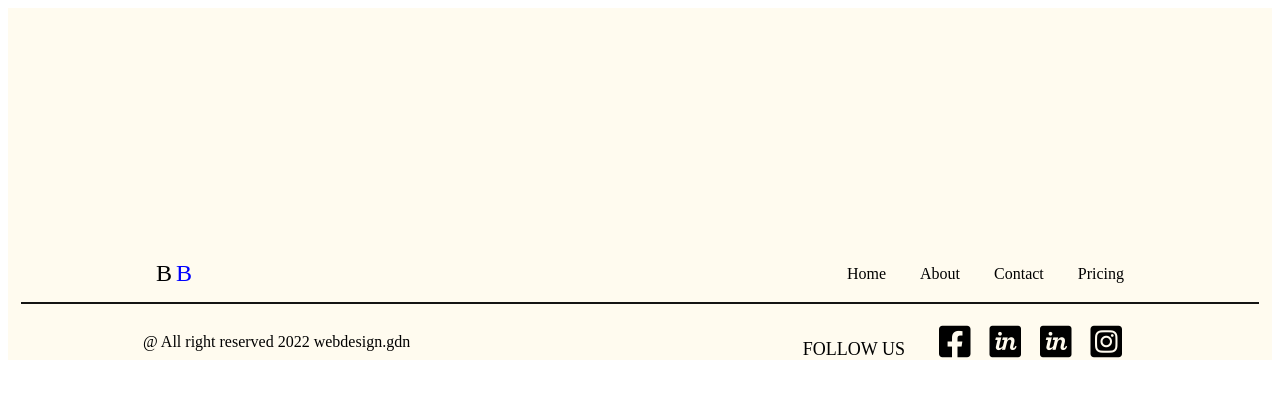
Repository: ngocphuocha/4lifeteam-marketing-agency
Page: index.html
The author's editor kept a copy of each file at every save. The page is drawn from the files as they stood at one save, then again after the next save.
The browser window is 1280 px wide. The pictures show the whole page.

Above is the page before, as saved 2023-03-13 17:39:02.

### index.html
<!DOCTYPE html>
<html lang="en">
  <head>
    <meta charset="UTF-8" />
    <meta http-equiv="X-UA-Compatible" content="IE=edge" />
    <meta name="viewport" content="width=device-width, initial-scale=1.0" />
    <title>Footer Page</title>
    <!-- hoang nhi css -->
    <link rel="stylesheet" href="css/footer-service.css" />
    <link rel="stylesheet" href="https://use.fontawesome.com/releases/v5.15.4/css/all.css" integrity="sha384-DyZ88mC6Up2uqS4h/KRgHuoeGwBcD4Ng9SiP4dIRy0EXTlnuz47vAwmeGwVChigm" crossorigin="anonymous"/>
  </head>
  <body>
    <!-- Our service (Hoang nhi) -->

    <!--  our service (hoang nhi) -->
  </body>


    <div class="background-footer">
          <div class="container">
            <div class="footer-left">
              <span class="span-1">B</span>
              <span class="span-2">B</span>
            </div>
            <div class="footer-right">
              <span>Home</span>
              <span>About</span>
              <span>Contact</span>
              <span style="padding-right: 0px;">Pricing</span>
            </div>
          </div>
          <div class="footer">
            <div class="text-left">
              <span>@ All right reserved 2022 webdesign.gdn</span>
            </div>
            <div class="text-right">
              <span>FOLLOW US</span>
              <i class="fab fa-facebook-square"></i>
              <i class="fab fa-invision"></i>
              <i class="fab fa-invision"></i>
              <i class="fab fa-instagram-square"></i>
            </div>
          </div>
          <!-- <div class="list-left">
            <a>dsadsa</a>
          </div>
          <div class="list-right">
            <ul>
              <li>
                <a>Home</a>
              </li>
              <li>
                <a>About</a>
              </li>
              <li>
                <a>Contact</a>
              </li>
              <li>
                <a>Pricing</a>
              </li>
            </ul>
          </div>
          <div class="navbar">
            <a style="color: white;">dsadsa</a>
          </div>
          <div class="footer-text">
            <a>@ All right reserved 2022 webdesign.gdn</a>
          </div>
          <div class="footer-icons">
            <ul>
              <li>
                <a>FOLLOW US</a>
              </li>
              <li>
                <i class="fab fa-facebook-square"></i>
              </li>
              <li>
                <i class="fab fa-invision"></i>

              </li>
              <li>
                <i class="fab fa-twitter-square"></i>
              </li>
              <li>
                <i class="fab fa-instagram-square"></i>
              </li>

            </ul>
          </div> -->

    </div>
</html>

### css/footer-service.css
/*Nguyen Thanh*/
  .background-footer{
    background: #FFFBEF;
    padding-top: 232px;
  }

  .background-footer .container{
    display: flex;
    justify-content: space-between;
    align-items: center;
    padding: 0px 135px 15px;
    border-bottom: 2px solid rgba(5, 5, 5, 0.938);
    /* margin-bottom: 20px; */
    margin: 20px 13px;
  }

  .background-footer .container .footer-left .span-1{
    font-size: 24px;
  }
  .background-footer .container .footer-left .span-2{
    font-weight: 700px;
    font-size: 24px;
    color: blue;
  }

  .background-footer .container .footer-right span{
    padding: 0px 15px;
  }

  .background-footer .footer{
    display: flex;
    align-items: center;
    justify-content: space-between;
    padding: 0px 135px;
  }

  .background-footer .footer .text-right{
    padding-right: 15px;
  }
  .background-footer .footer .text-right span{
    padding: 0px 15px;
    font-size: 18px;
  }
  .background-footer .footer .text-right i{
    padding-left: 15px;
    font-size: 36px;
  }

  @media (min-width: 600px) and (max-width: 1080px) {
    .background-footer{
        display: flex;
        font-size: 1.5vmax;
    }
    .background-footer .footer .text-right i{
        /* display: flex;
        font-size: 1vmax;
        margin: 0 0.5vmax; */
    }

    .background-footer .container .footer-left span{
        /* display: flex;
        margin: 0 0.5px; */
      }
  }

After the next save:
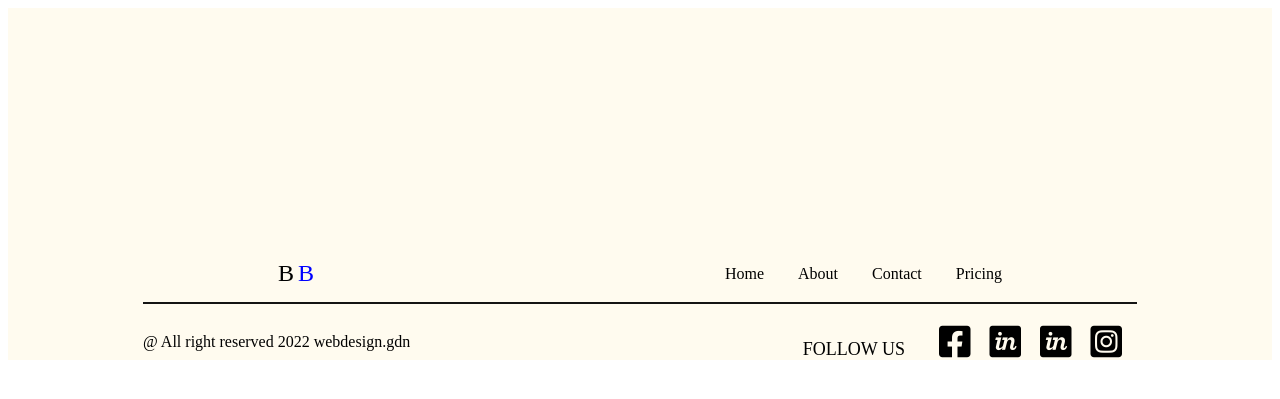
Saved 5 s later.
--- a/css/footer-service.css
+++ b/css/footer-service.css
@@ -11,7 +11,7 @@
     padding: 0px 135px 15px;
     border-bottom: 2px solid rgba(5, 5, 5, 0.938);
     /* margin-bottom: 20px; */
-    margin: 20px 13px;
+    margin: 20px 135px;
   }
 
   .background-footer .container .footer-left .span-1{
